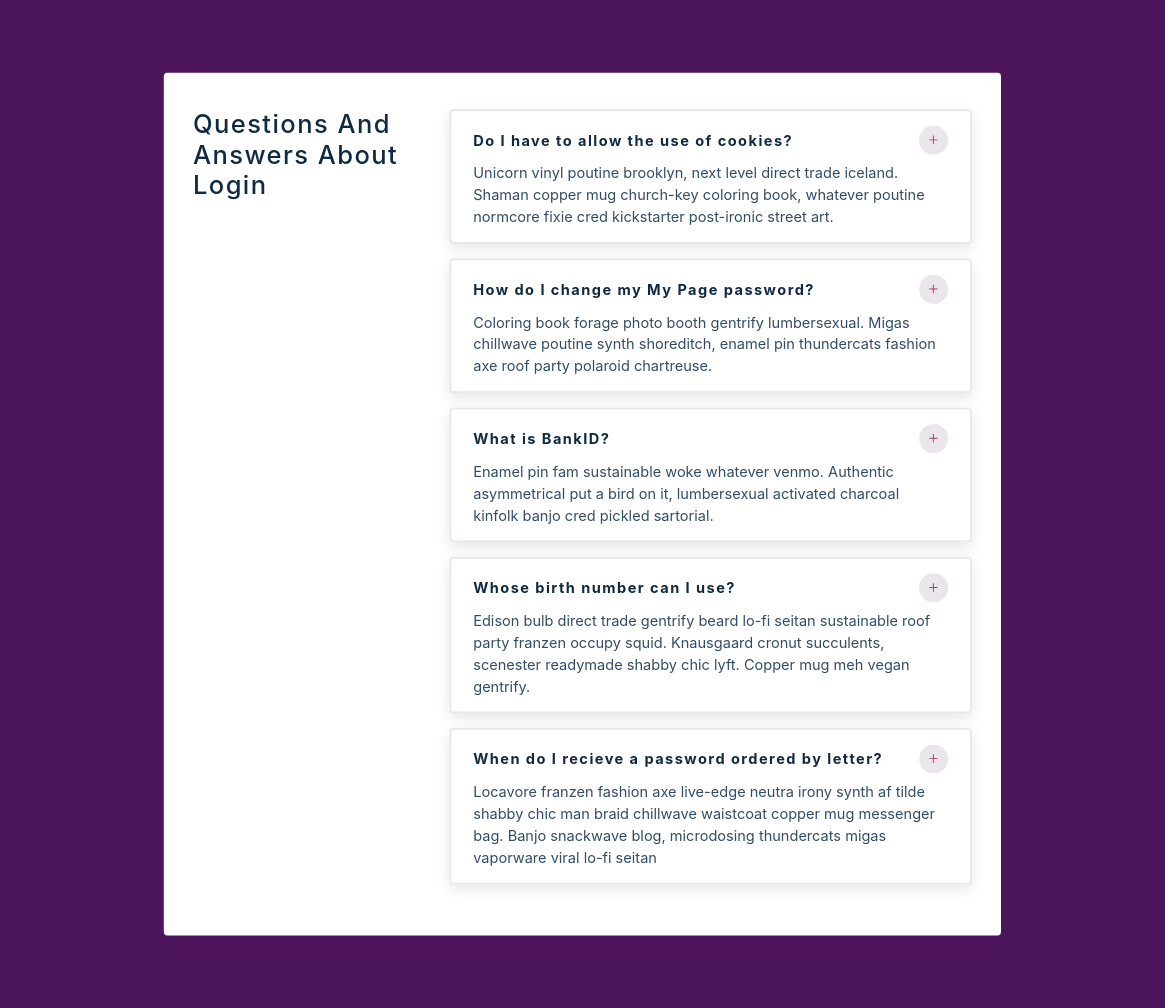
Repository: Reghanoid/Accordion
Page: /
These files come from the project's save history. The page is drawn as it stood at one moment and after the next save; the edit follows.
The browser window is 1280 px wide. The pictures show the whole page, at 91% of full size.
The project was rebuilt for these pictures with package versions that can differ from the ones it lists, and the page was loaded fresh each time.

Above is the page before, as saved 2022-06-08 14:49:26.

After the next save:
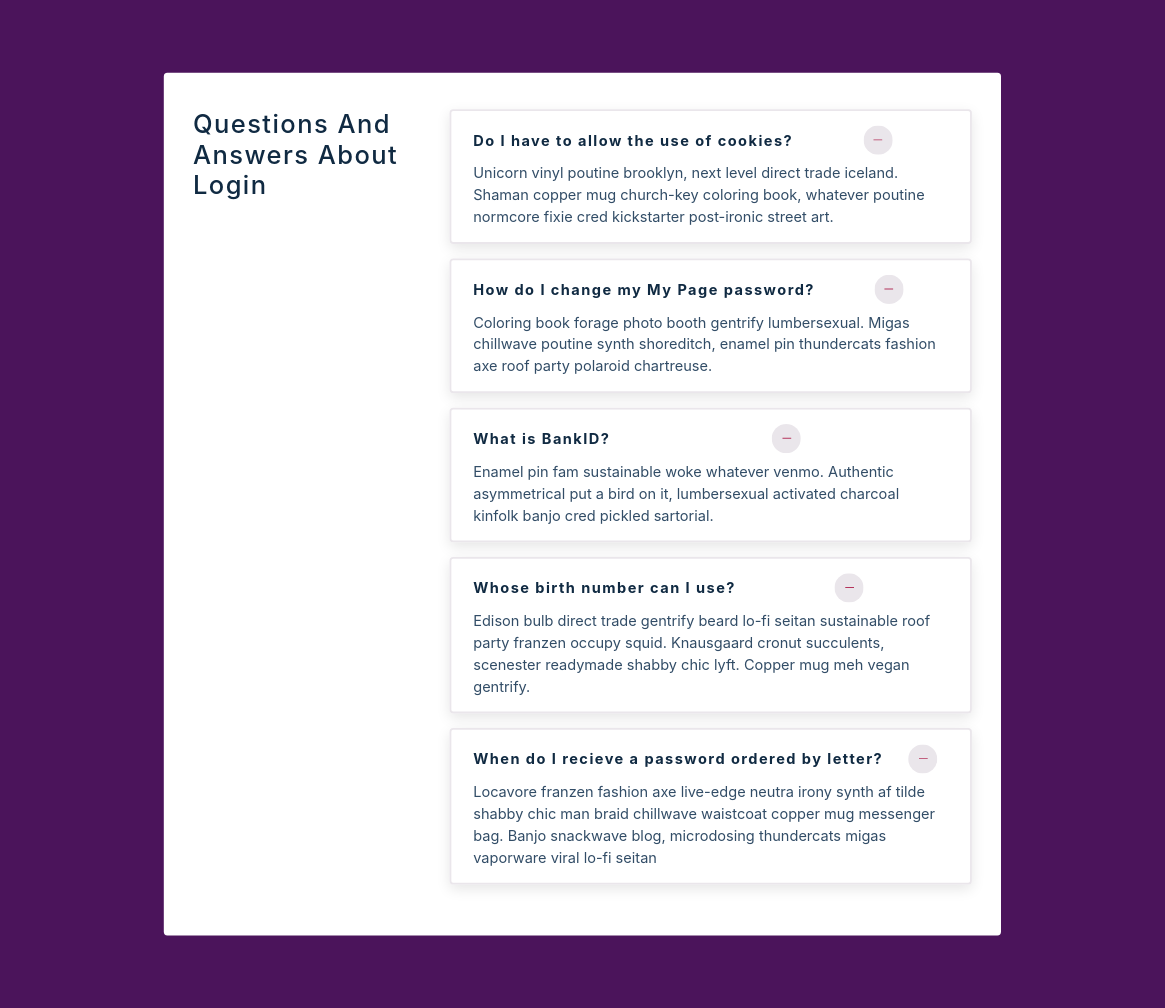
Saved 7 s later.
--- a/src/Question.js
+++ b/src/Question.js
@@ -2,7 +2,7 @@ import React, { useState } from 'react'
 import { AiOutlineMinus, AiOutlinePlus } from 'react-icons/ai'
 
 const Question = ({ title, info }) => {
-  const [expandText, setExpandText] = useState(false)
+  const [expandText, setExpandText] = useState(true)
 
   const toggleInfo = () => {
     if (expandText === true) {

After the save that followed:
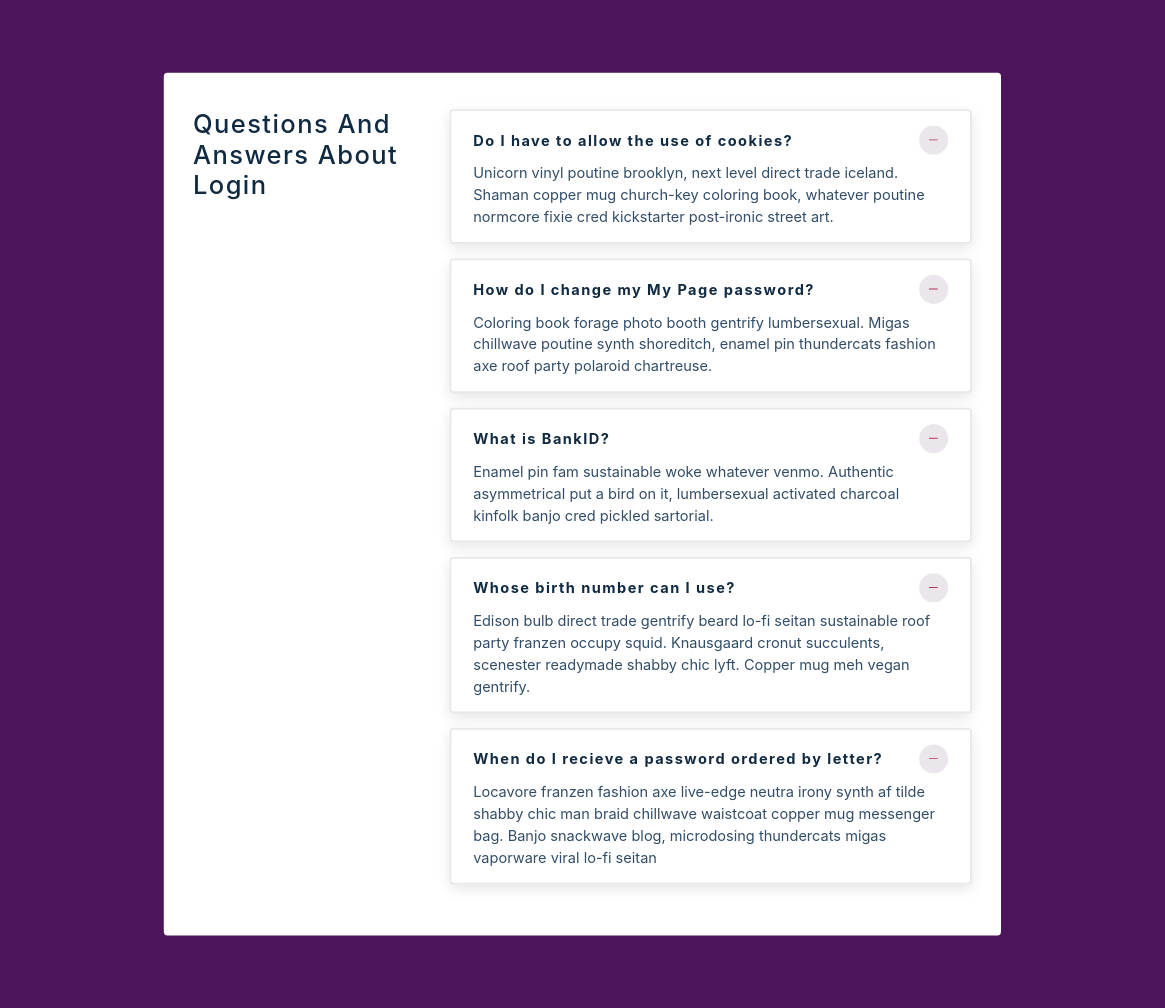
Saved 68 s later.
--- a/src/Question.js
+++ b/src/Question.js
@@ -23,7 +23,6 @@ const Question = ({ title, info }) => {
         >
           {expandText ? <AiOutlineMinus /> : <AiOutlinePlus />}
         </button>
-        <p style={expandText ? { display: 'block' } : { display: 'none' }}></p>
       </header>
       <p> {info} </p>
     </article>
